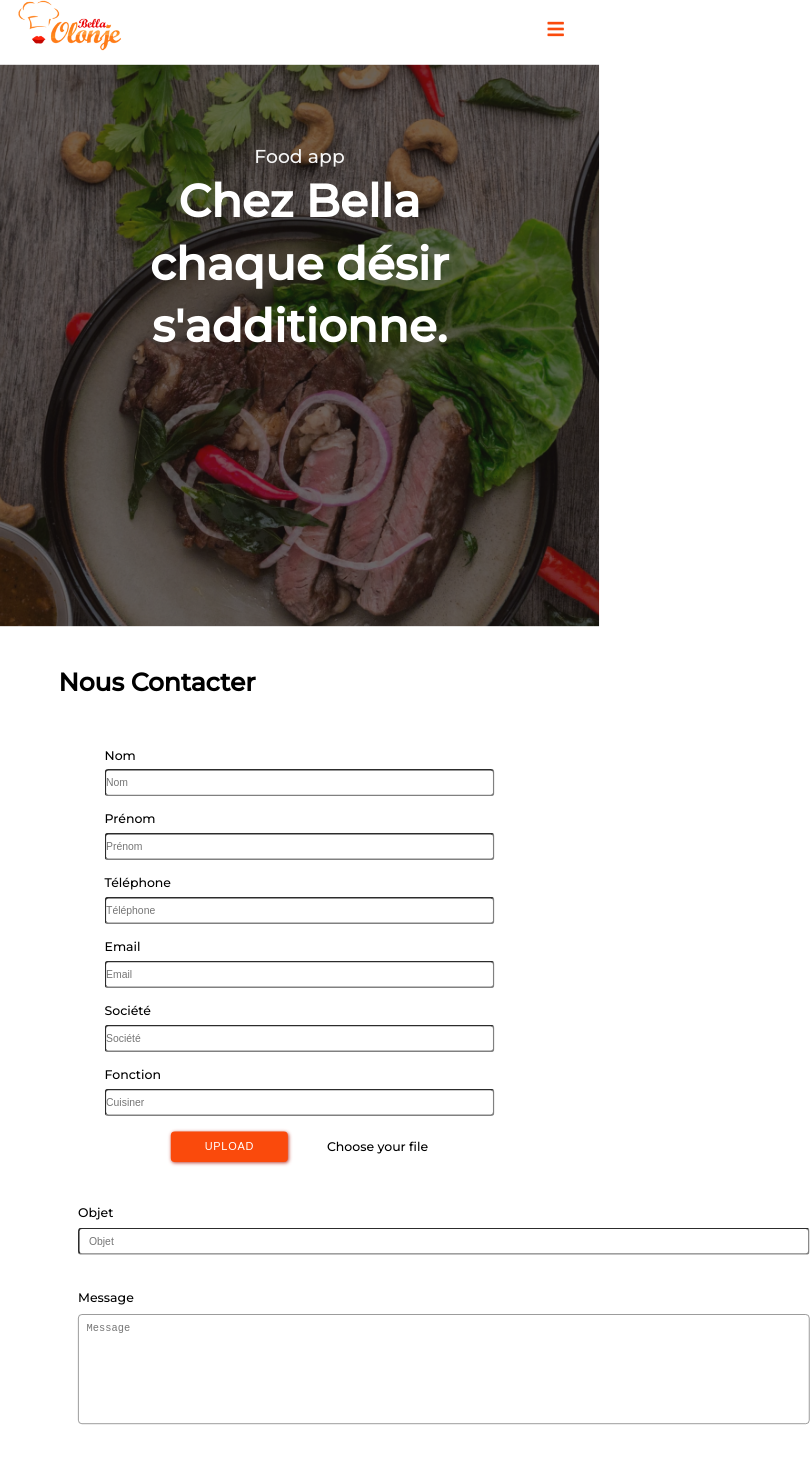
Repository: sisilass31/bella-olonje
Page: html/contact.html
The author's editor kept a copy of each file at every save. The page is drawn from the files as they stood at one save, then again after the next save.
The browser window is 768 px wide. The page is 1038 px wide, so the pictures cover 1038 px, including what lies to the right of the window. The pictures show the part of the page from y = 19 to 1919 px (the page is 2518 px tall before and 2549 px after), at 78% of full size.
Pictures or frames that could not be fetched are drawn as grey boxes. Some web libraries are served in a nearby version.

Above is the page before, as saved 2023-02-15 10:18:24.

### html/contact.html
<!DOCTYPE html>
<html lang="fr">

<head>
    <meta charset="UTF-8">
    <meta http-equiv="X-UA-Compatible" content="IE=edge">
    <meta name="viewport" content="width=device-width, initial-scale=1.0">
    <link rel="stylesheet" href="https://pro.fontawesome.com/releases/v5.10.0/css/all.css">
    <script src="https://www.google.com/recaptcha/api.js" async defer></script>
    <link rel="stylesheet" href="../css/contact.css">
    <title>Contact</title>
</head>

<body>
    <header>
        <nav>
            <ul class='nav-bar'>
                <li class='logo'><a href='#'><img src="../img/logo.png"alt="jsp"></a></li>
                <div><input type='checkbox' id="check"></div>
                <span class="menu">
                  <li><a href="acceuil.html" class="nav-link">Home</a></li>
                  <li><a href="#pizza" class="nav-link">Pizzas</a></li>
                  <li><a href="#burger" class="nav-link">Burgers</a></li>
                  <li><a href="#salades" class="nav-link">Salades</a></li>
                  <li><a href="index3.html" class="nav-link">Contact</a></li>
                  <label for="check" class="close-menu"><i class="fas fa-times"></i></label>
                </span>
                <label for="check" class="open-menu"><i class="fas fa-bars"></i></label>
            </ul>
        </nav>
        <div class="food_app">
            <div class="title_food_app">
                <h3>Food app</h3>
                <strong>Chez Bella <br>chaque désir s'additionne.</strong>
            </div>
        </div>
    </header>
    <main>
        <div class="infos" id="form-infos">
            <form>
              <h1>Nous Contacter</h1>

                <div class="grp_infos">
                    <div class="nom_prenom">
                        <div class="label1">
                            <label class="label_nom">Nom</label><br>
                            <input type="text" placeholder="Nom">
                        </div>
                        <div class="label1">
                            <label class="label_nom">Prénom</label><br>
                            <input type="text" placeholder="Prénom">
                        </div>
                    </div>
                </div>

                <div class="telephone_email">
                  <div class="label1">
                    <label class="label_nom">Téléphone</label><br>
                    <input type="text" placeholder="Téléphone">
                  </div>
                  <div class="label1">
                    <label class="label_nom">Email</label><br>
                    <input type="text" placeholder="Email">
                  </div>
                </div>

                <div class="société_fonction">
                    <div class="label1">
                      <label class="label_nom">Société</label><br>
                      <input type="text" placeholder="Société">
                    </div>
                    <div class="label1">
                      <label class="label_nom">Fonction</label><br>
                      <input type="text" placeholder="Cuisiner">
                    </div>
                </div>


                <div class="chose">
                    <div class="div_button">
                        <button class="button" type="button">UPLOAD</button>
                        <p>Choose your file</p>
                    </div>
                </div>

                <div>
                    <div class="g-recaptcha" data-sitekey="6Lc_nVgkAAAAANUqv4ltSxulUPFWVLdaBJeZfWuV"></div>
                </div>

                <div class="grp_choose">
                    <div class="choose_message">
                        <div class="label_choose">
                            <label>Objet</label><br>
                            <input type="text" placeholder="Objet">
                        </div>
                        <div class="label_message">
                            <label>Message</label><br>
                            <textarea placeholder="Message"></textarea>
                        </div>
                    </div>
                </div>
                <div class="map">
                    <iframe
                        src="https://www.google.com/maps/embed?pb=!1m14!1m8!1m3!1d6802.520331314847!2d2.4286389989125756!3d48.78576307783899!3m2!1i1024!2i768!4f13.1!3m3!1m2!1s0x47e67344bd2d57f1%3A0x2a84a845271b523a!2sAFPA!5e0!3m2!1sfr!2sfr!4v1674599977215!5m2!1sfr!2sfr"
                        width="800" height="400" style="border: 1px;;" allowfullscreen="" loading="lazy"
                        referrerpolicy="no-referrer-when-downgrade">
                    </iframe>
                </div>

                <div class="div_button2"><button class="button2" type="button">Envoyer</button></div>
            </form>
        </div>

    </main>
</body>

### css/contact.css
@import url('https://fonts.googleapis.com/css2?family=Montserrat:wght@100;200;500&display=swap');

* {
    margin: 0px;
    padding: 0px;
    scroll-behavior: smooth;
    box-sizing: border-box;
}

html,
body {
    font-family: Montserrat, sans-serif;
    background-size: cover;
    background-position: center;
    height: 100vh;
    background-repeat: no-repeat;
    scroll-behavior: smooth;
}

/*navbar*/
.nav-bar {
    width: 100%;
    display: flex;
    justify-content: space-between;
    align-items: center;
    list-style: none;
    position: relative;
    background-color: #FFF;
    padding: 12px 20px;
}

.logo img {
    width: 150px;
}

.menu {
    display: flex;
}

.menu li {
    padding-left: 30px;
    padding-right: 55px;
}

.menu li a {
    display: inline-block;
    text-decoration: none;
    color: #333;
    text-align: center;
    position: relative;
}

.menu li a:hover {
    color: #FA4A0C;
}

.open-menu {
    position: absolute;
    color: #FA4A0C;
    cursor: pointer;
    font-size: 1.5rem;
    display: none;
}

.close-menu {
    position: absolute;
    color: #333;
    cursor: pointer;
    font-size: 1.5rem;
    display: none;
    padding: 10px;
}

.open-menu {
    top: 50%;
    right: 20px;
    transform: translateY(-50%);
}

.close-menu {
    top: 20px;
    right: 20px;
}

#check {
    display: none;
}

@media(max-width: 920px) {
    .menu {
        flex-direction: column;
        align-items: center;
        width: 60%;
        height: 100vh;
        position: fixed;
        top: 0;
        right: -100%;
        z-index: 100;
        background-color: rgb(152, 152, 152);
        ;
        transition: all 0.2s ease-in-out;
        padding-top: 100px;
    }

    .menu li {
        margin-top: 40px;
    }

    .menu li a {
        padding: 10px;
        color: #FFF;
    }

    .open-menu {
        display: block;
        padding-right: 25px;
        padding-top: 13px;
    }

    .close-menu {
        display: block;
        color: #FFF;
        padding-right: 25px;
        padding-top: 22px;
    }

    #check:checked~.menu {
        right: 0;
    }

    .menu li a:hover {
        color: #333;
    }

    .nav-link {
        font-family: Montserrat;
        letter-spacing: .8px;
    }
}

/*navbar*/
/*food_app*/
.title_food_app {
    padding-top: 50px;
}

.food_app {
    background-image: url(../img/food_app.png);
    min-height: 90vh;
    background-repeat: no-repeat;
    background-position: center;
    background-size: cover;
}

.title_food_app h3 {
    font-family: 'Montserrat';
    font-style: normal;
    font-weight: 550;
    font-size: 24px;
    line-height: 36px;
    text-align: center;
    letter-spacing: 0.1px;
    color: #F7F7F7;
    padding-top: 50px;
}

.title_food_app {

    font-family: Montserrat;
    font-style: normal;
    font-weight: 600;
    font-size: 58px;
    line-height: 80px;
    text-align: center;
    letter-spacing: 0.2px;
    color: #FFFFFF;
}

.title_pizza {
    display: flex;
    justify-content: center;
    color: #000000;
}

/*food_app*/

/*contact*/

.label1 {
    padding-right: 200px;
    padding-left: 100px;
}

.label1 input {
    width: 280px;
    height: 35px;
    margin-bottom: 20px;
    margin-top: 8px;
    padding: 5px 12px;
    color: grey;
    border-radius: 5px;
    border-color: gray;
}

/*upload*/
.chose {
    display: flex;
}

.grp_choose {
    padding-left: 100px;
}

.label_choose input {
    width: 938px;
    height: 35px;
    margin-bottom: 20px;
    margin-top: 10px;
    padding: 5px 12px;
    color: grey;
    border-radius: 5px;
    border-color: gray;
}

.label_message {
    padding-top: 25px;
}

textarea {
    width: 938px;
    height: 141px;
    margin-bottom: 20px;
    color: grey;
    border-color: gray;
    margin-top: 12px;
    padding: 10px 10px 80px;
    outline: none;
    border-radius: 5px;
    resize: none;
}

/*upload*/

.infos h1 {
    padding: 52px 0px 65px 75px;
}

/*contact*/
.nom_prenom {
    display: flex;
    justify-content: space-around;
    padding-right: 200px;
    padding-bottom: 28px;
}

.telephone_email {
    display: flex;
    justify-content: space-around;
    padding-right: 200px;
    padding-bottom: 28px;
}

.société_fonction {
    display: flex;
    justify-content: space-around;
    padding-right: 200px;
    padding-bottom: 28px;
}

.div_button {
    padding: 50px 0px 35px 100px;
    display: flex;
}

.div_button2 {
    padding: 50px 490px 50px 0px;
    display: flex;
    justify-content: flex-end;
}

.button {
    letter-spacing: 1px;
    font-size: 14px;
}

.button2 {
    letter-spacing: 1px;
    font-size: 16px;
}

.g-recaptcha {
    padding: 0px 0px 55px 100px;
}

.div_button p {
    padding-left: 50px;
    padding-top: 10px;
}

.div_button button {
    border: 0;
    line-height: 2.8;
    width: 150px;
    padding: 0 18px;
    font-size: 14px;
    text-align: center;
    color: #fff;
    border-radius: 5px;
    background-color: #FA4A0C;
    box-shadow: 1px 1px 5px #B73227;
}

.div_button2 button {
    border: 0;
    line-height: 2.5;
    width: 150px;
    padding: 0 18px;
    font-size: 18px;
    text-align: center;
    color: #fff;
    border-radius: 20px;
    background-color: #FA4A0C;
    box-shadow: 1px 1px 5px #B73227;
}


/*contact*/

.choose {
    padding-left: 50px;
    padding-bottom: 38px;
    display: flex;
}

.message {
    padding-left: 50px;
    padding-bottom: 55px;
    display: flex;
}

/*map*/
.map {
    padding: 50px 0px 50px 100px;
}

/*map*/

/*responsive*/
/* Mobile */
@media (max-width:767px) {}

/* Ipad Mini to ipad */
@media screen and (min-width:768px) and (max-width:991px) {
    .infos h1 {
        padding: 52px 0px 65px 75px;
    }

    .nom_prenom {
        padding: 0;
        flex-direction: column;
    }

    .label1 {
        padding: 0;
    }

    .label1 input {
        padding: 0;
        width: 500px;
    }

    .telephone_email {
        padding: 0;
        flex-direction: column;
        justify-content: center;
        align-items: center;
    }

    .société_fonction {
        padding: 0;
        flex-direction: column;
        justify-content: center;
        align-items: center;
    }

    .grp_infos {
        display: flex;
        justify-content: center;

    }

    .chose {
        justify-content: center;
    }

    .div_button {
        padding: 0;
    }
}

After the next save:
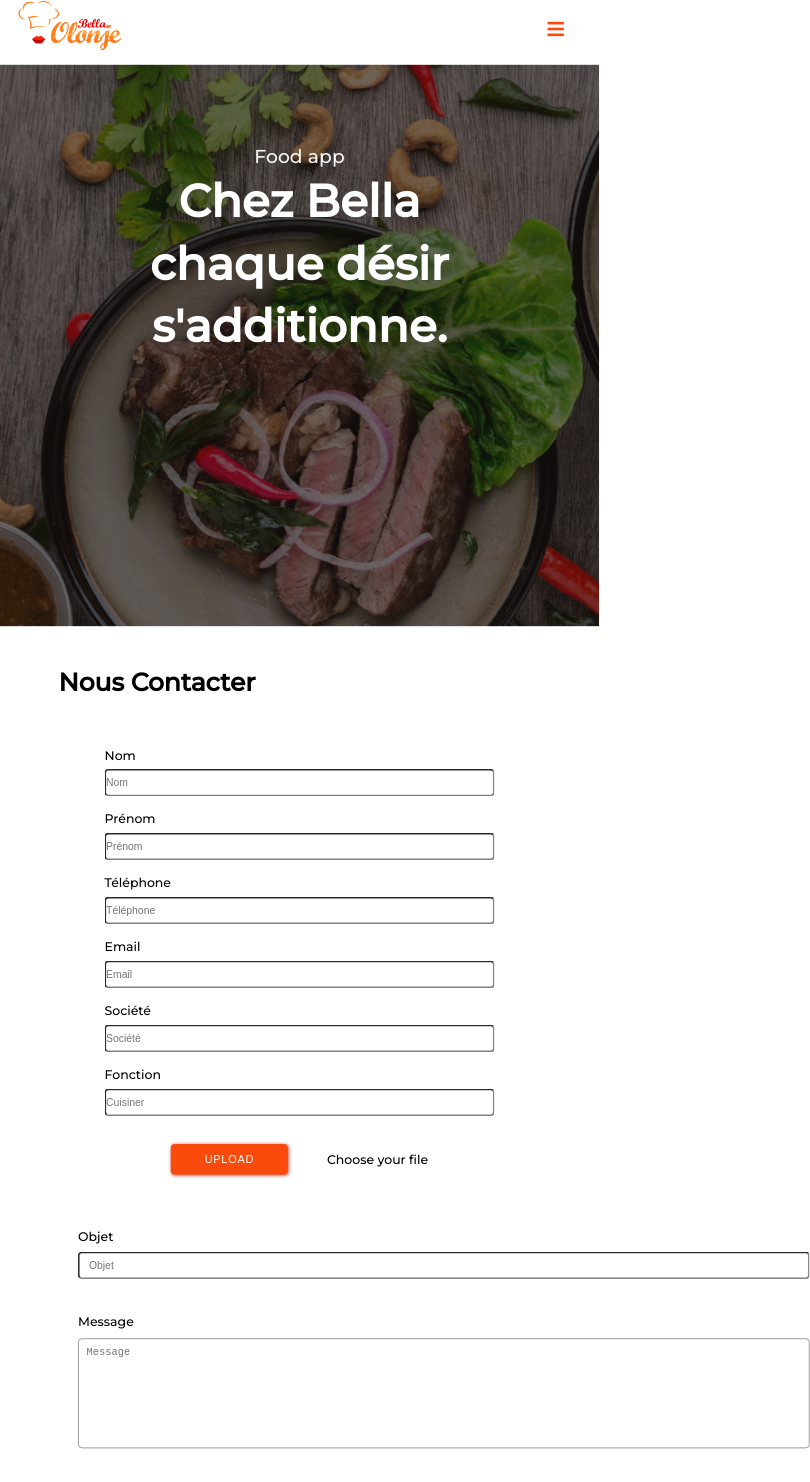
Saved 71 s later.
--- a/css/contact.css
+++ b/css/contact.css
@@ -391,6 +391,7 @@ textarea {
 
     .chose {
         justify-content: center;
+        padding: 2%;
     }
 
     .div_button {
